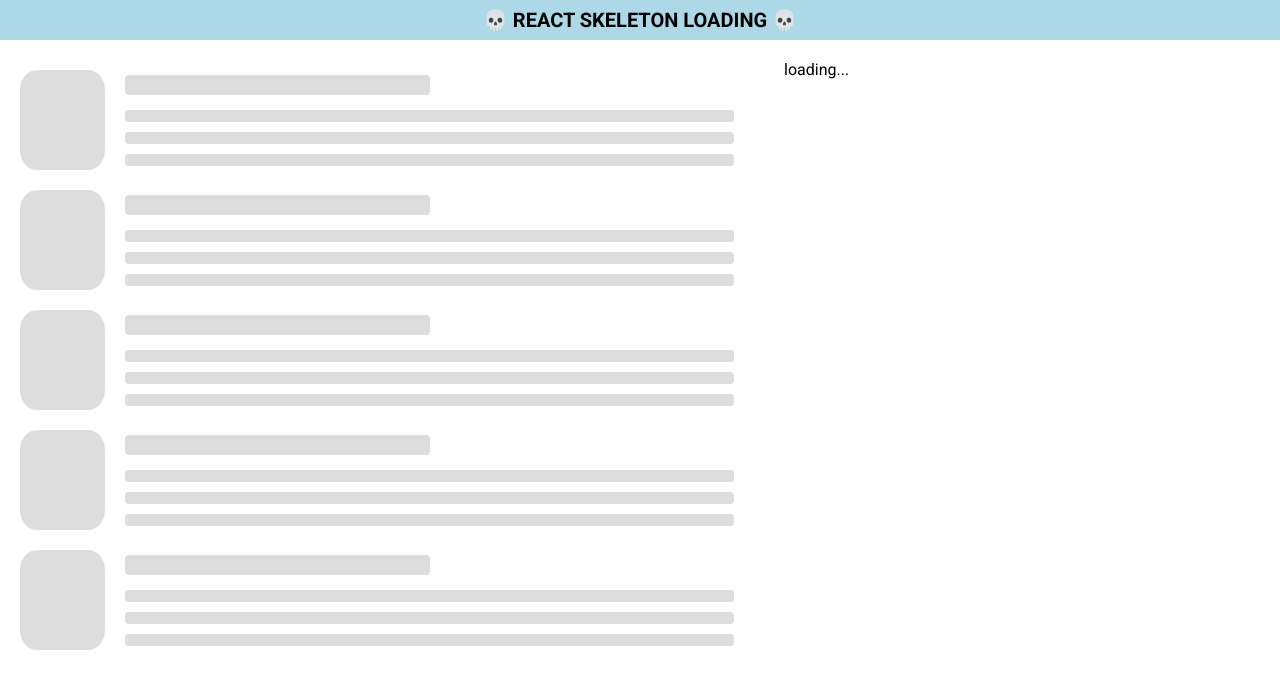
Repository: ethanJones21/React-Skeleton-Loading
Page: /
These files come from the project's save history. The page is drawn as it stood at one moment and after the next save; the edit follows.
The browser window is 1280 px wide. The pictures show the whole page.
The page's requests for data from a server got no answer. The project was rebuilt for these pictures with package versions that can differ from the ones it lists, and the page was loaded fresh each time. No one was signed in, and anything a server would have sent is missing. Also part of the build but not shown: src/components/Post.css, src/components/Post.js.

Above is the page before, as saved 2020-11-26 03:19:51.

### public/index.html
<!DOCTYPE html>
<html lang="en">
  <head>
    <meta charset="utf-8" />
    <link rel="icon" href="%PUBLIC_URL%/favicon.ico" />
    <meta name="viewport" content="width=device-width, initial-scale=1" />
    <meta name="theme-color" content="#000000" />
    <meta name="description" content="React skeleton loading" />
    <link rel="preconnect" href="https://fonts.gstatic.com" />
    <link
      href="https://fonts.googleapis.com/css2?family=Roboto:wght@100;300;400;500;700;900&display=swap"
      rel="stylesheet"
    />
    <title>React Skeleton</title>
  </head>
  <body>
    <noscript>You need to enable JavaScript to run this app.</noscript>
    <div id="root"></div>
  </body>
</html>

### src/App.js
import './App.css';
import Header from './components/Header';
import Posts from './components/Posts';
import User from './components/User';

function App() {
  return (
    <div className="app">
      <Header/>

      <div className="appContainer">
        <Posts/>
        <User/>
      </div>
    </div>
  );
}

export default App;

### src/App.css
*{
    margin: 0;
    font-family: 'Roboto', sans-serif;
}
.appContainer{
    display: flex;
    padding: 20px;
    align-items: start;
}

### src/components/Header.js
import React from 'react';
import "./Header.css"

const Header = () => {
    return (
        <div className="header">
            <span>💀 REACT SKELETON LOADING 💀 </span>
        </div>
    );
};

export default Header;

### src/components/Posts.js
import React, { useEffect, useState } from "react";
import Post from "./Post";
import "./Posts.css";
import { photos } from "../photos";
import PostSkeleton from "../skeleton/PostSkeleton";

const Posts = () => {
  const [postArray, setPostArray] = useState([]);

  useEffect(() => {
    setTimeout(() => {
      const fetchPosts = async () => {
        const res = await fetch("https://jsonplaceholder.typicode.com/posts");
        const data = await res.json();
        setPostArray(data.slice(0, 10));
      };
      fetchPosts();
    }, 1000);
  }, []);

  return (
    <div className="posts">
      {postArray.length > 0
        ? postArray.map((post) => (
            <Post
              key={post.id}
              post={{ ...post, photo: photos[post.id - 1] }}
            />
          ))
        : [1, 2, 3, 4, 5].map((item) => <PostSkeleton />)}
    </div>
  );
};

export default Posts;

### src/components/User.js
import React, { useState, useEffect } from "react";
import "./User.css";
import {photos} from "../photos"

const User = () => {
  const [user, setUser] = useState(null);

  useEffect(() => {
    setTimeout(() => {
      const fetchUser = async () => {
        const res = await fetch("https://jsonplaceholder.typicode.com/users");
        const data = await res.json();
        setUser(data[0]);
      };
      fetchUser();
    }, 1000);
  }, []);

  return (
    <div className="user">
      {user !== null ? (
        <>
          <div className="userPhoto">
            <img
              className="userPhotoImg"
              src={photos[9]}
              alt="avatar"
            />
          </div>
          <div className="userInfo">
            <span className="userInfoText">
              <b>{user.name}</b>
            </span>
            <span className="userInfoText">{user.email}</span>
            <span className="userInfoText">{user.address.street}</span>
          </div>
          <button className="writeButton">Write a Story</button>
        </>
      ) : (
        <span>loading...</span>
      )}
    </div>
  );
};

export default User;

### src/components/Header.css
.header{
    display: flex;
    align-items: center;
    justify-content: center;
    height: 40px;
    width: 100%;
    background-color: lightblue;
    font-weight: 600;
    font-size: 20px;
}

### src/components/Posts.css
.posts{
    flex: 0.6;
    padding-right: 50px;
}

### src/photos.js
export const photos = [
  "https://images.pexels.com/photos/789296/pexels-photo-789296.jpeg?auto=compress&cs=tinysrgb&dpr=2&w=500",
  "https://images.pexels.com/photos/3772771/pexels-photo-3772771.jpeg?auto=compress&cs=tinysrgb&dpr=2&w=500",
  "https://images.pexels.com/photos/3059745/pexels-photo-3059745.jpeg?auto=compress&cs=tinysrgb&dpr=2&w=500",
  "https://images.pexels.com/photos/2896840/pexels-photo-2896840.jpeg?auto=compress&cs=tinysrgb&dpr=2&w=500",
  "https://images.pexels.com/photos/3155588/pexels-photo-3155588.jpeg?auto=compress&cs=tinysrgb&dpr=2&w=500",
  "https://images.pexels.com/photos/936019/pexels-photo-936019.jpeg?auto=compress&cs=tinysrgb&dpr=2&w=500",
  "https://images.pexels.com/photos/1071162/pexels-photo-1071162.jpeg?auto=compress&cs=tinysrgb&dpr=2&w=500",
  "https://images.pexels.com/photos/3147528/pexels-photo-3147528.jpeg?auto=compress&cs=tinysrgb&dpr=2&w=500",
  "https://images.pexels.com/photos/3541389/pexels-photo-3541389.jpeg?auto=compress&cs=tinysrgb&dpr=2&w=500",
  "https://images.pexels.com/photos/1680172/pexels-photo-1680172.jpeg?auto=compress&cs=tinysrgb&dpr=2&w=500",
];

### src/skeleton/PostSkeleton.js
import React from "react";
import "./PostSkeleton.css";
import Skeleton from "./Skeleton";

const PostSkeleton = () => {
  return (
    <div className="postSkeleton">
      <Skeleton type="avatar" />
      <div className="postSkeletonRight">
        <Skeleton type="title" />
        <Skeleton type="text" />
        <Skeleton type="text" />
        <Skeleton type="text" />
      </div>
    </div>
  );
};

export default PostSkeleton;

### src/components/User.css
.user {
  flex: 0.4;
  display: flex;
  align-items: center;
}

.userPhotoImg {
  width: 60px;
  height: 60px;
  border-radius: 50%;
  margin-right: 20px;
  object-fit: cover;
}

.userInfo{
    display: flex;
    flex-direction: column;
}

.writeButton{
    padding: 10px;
    border: none;
    margin-left: 20px;
    border-radius: 10px;
    cursor: pointer;
}

.writeButton:focus{
    outline: none;
}

### src/skeleton/PostSkeleton.css
.postSkeleton {
  display: flex;
  align-items: center;
}

.postSkeletonRight{
    width: 100%;
}

### src/skeleton/Skeleton.js
import React from "react";
import "./Skeleton.css"

const Skeleton = ({ type }) => {
  return <div className={`skeleton ${type}`}></div>;
};

export default Skeleton;

### src/skeleton/Skeleton.css
.skeleton {
  background: #ddd;
  overflow: hidden;
  margin: 10px 0;
  border-radius: 4px;
}

.skeleton.text {
  width: 100%;
  height: 12px;
}

.skeleton.title {
  width: 50%;
  height: 20px;
  margin-bottom: 15px;
}

.skeleton.avatar {
  width: 100px;
  height: 100px;
  border-radius: 20%;
  margin-right: 20px;
}

.skeleton.userAvatar {
  width: 100px;
  height: 100px;
  border-radius: 50%;
}

Loaded but not shown: src/index.js (common file)

After the next save:
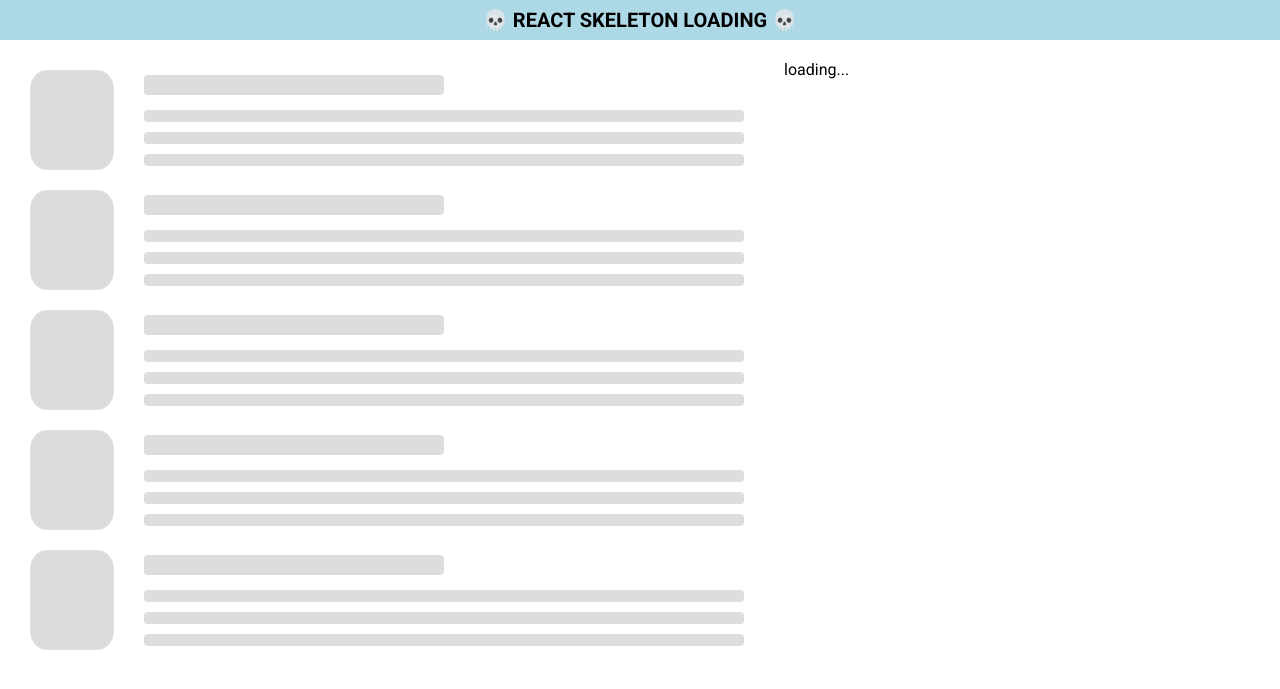
Saved 21 s later.
--- a/src/skeleton/Skeleton.css
+++ b/src/skeleton/Skeleton.css
@@ -1,7 +1,7 @@
 .skeleton {
   background: #ddd;
   overflow: hidden;
-  margin: 10px 0;
+  margin: 10px;
   border-radius: 4px;
 }
 
